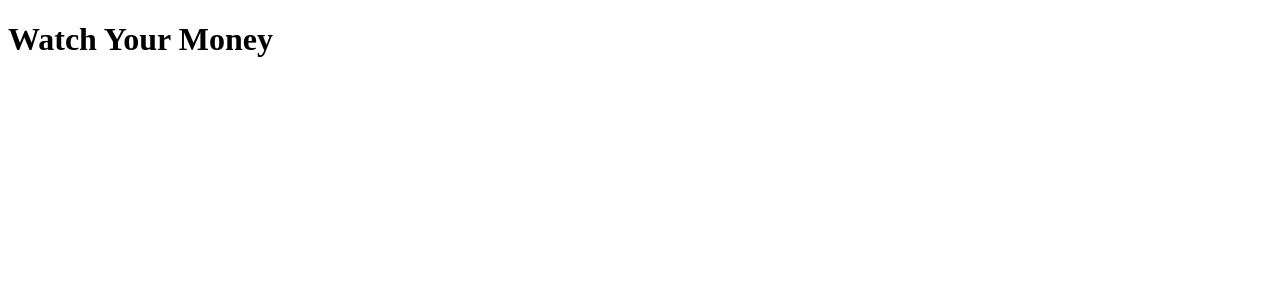
Repository: chelsea9869/Hackathon-TNT
Page: http://localhost/app/watch_your_money.php
These files come from the project's save history. The page is drawn as it stood at one moment and after a run of saves; the edit follows.
The browser window is 1280 px wide. The pictures show the whole page.
The page is run by PHP 8.4 with error messages shown; the project is at /var/www/html/.

Above is the page before, as saved 2020-09-05 10:50:00.

After the next 3 saves:
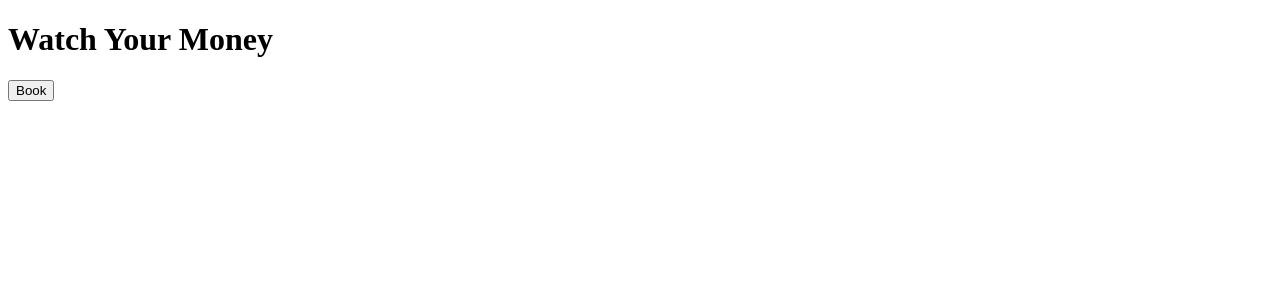
The 3 saves are shown as one change because they came seconds apart.
The last was saved 8 s later.
--- a/app/watch_your_money.php
+++ b/app/watch_your_money.php
@@ -9,7 +9,7 @@
     <h1>Watch Your Money</h1>
     <div name='function'>
         <div id='bookkeeping' style="width:40%;display: inline-table">
-
+            <button>Book</button>
         </div>
     </div>
 </body>
